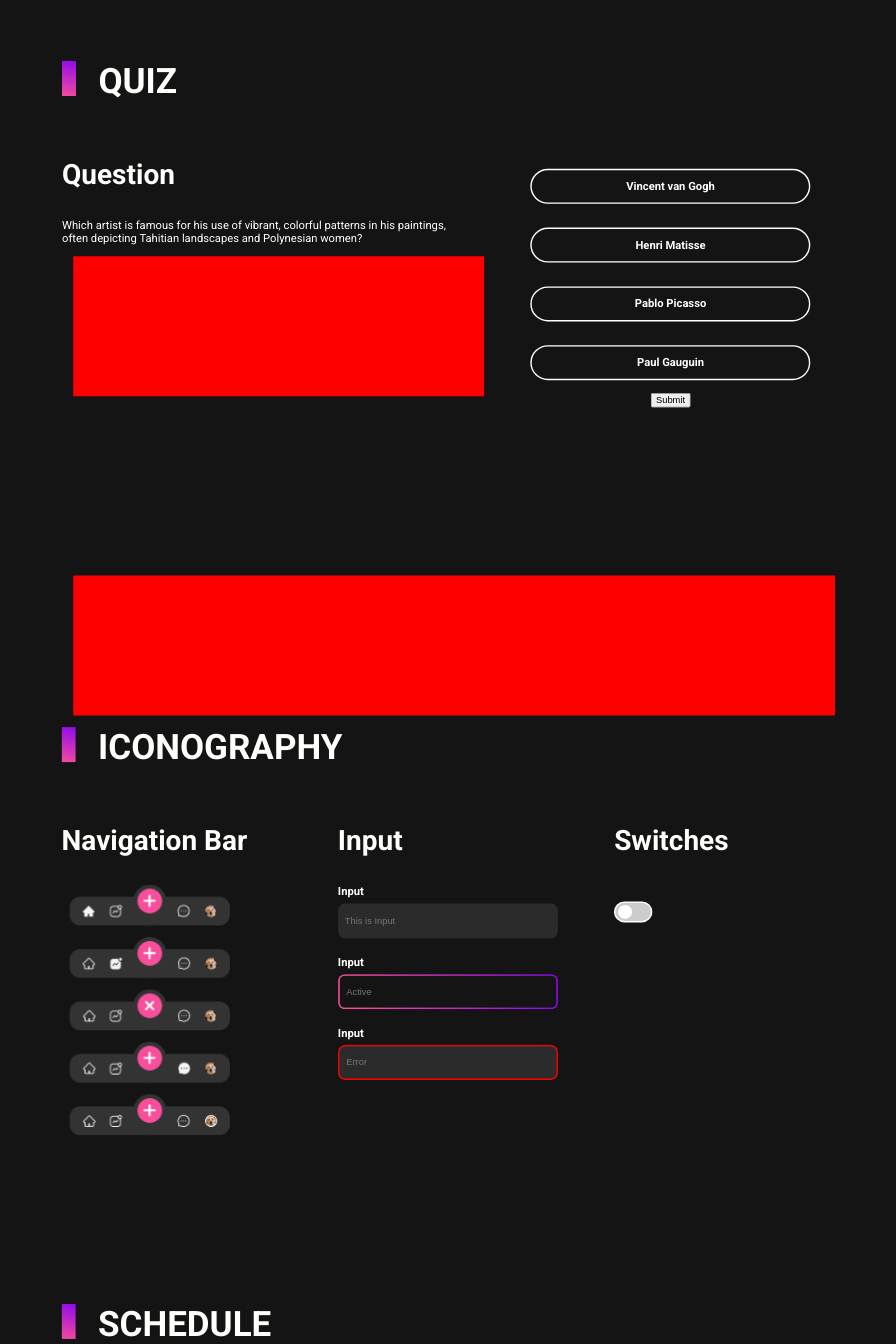
Repository: MonicaNguyenH/artflow_frontend_vanJS
Page: index.html
These files come from the project's save history. The page is drawn as it stood at one moment and after the next save; the edit follows.
The browser window is 1280 px wide. The pictures show the part of the page from y = 2414 to 4334 px (the page is 5098 px tall before and 5074 px after), at 70% of full size.
Some web fonts or font styles are not loaded; a fallback is used.

Above is the page before, as saved 2024-05-10 01:21:40.

After the next save:
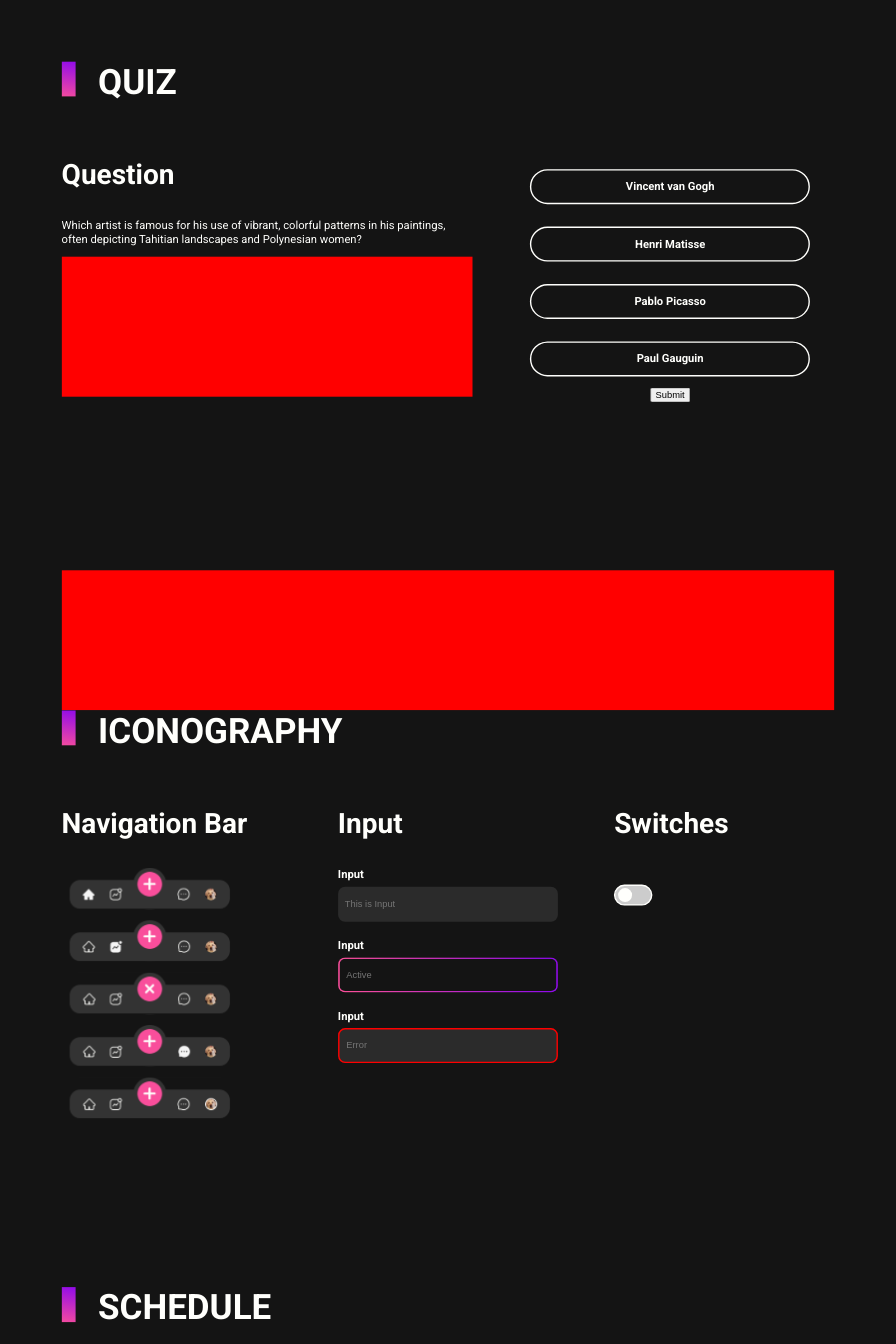
Saved 6 s later.
--- a/css/style.css
+++ b/css/style.css
@@ -773,7 +773,7 @@ input:checked + .slider:before {
 }
 
 #alert-container {
-    margin: 1rem;
+    margin-top: 1rem;
     width: 100%;
     height: 200px;
     background-color: red;
